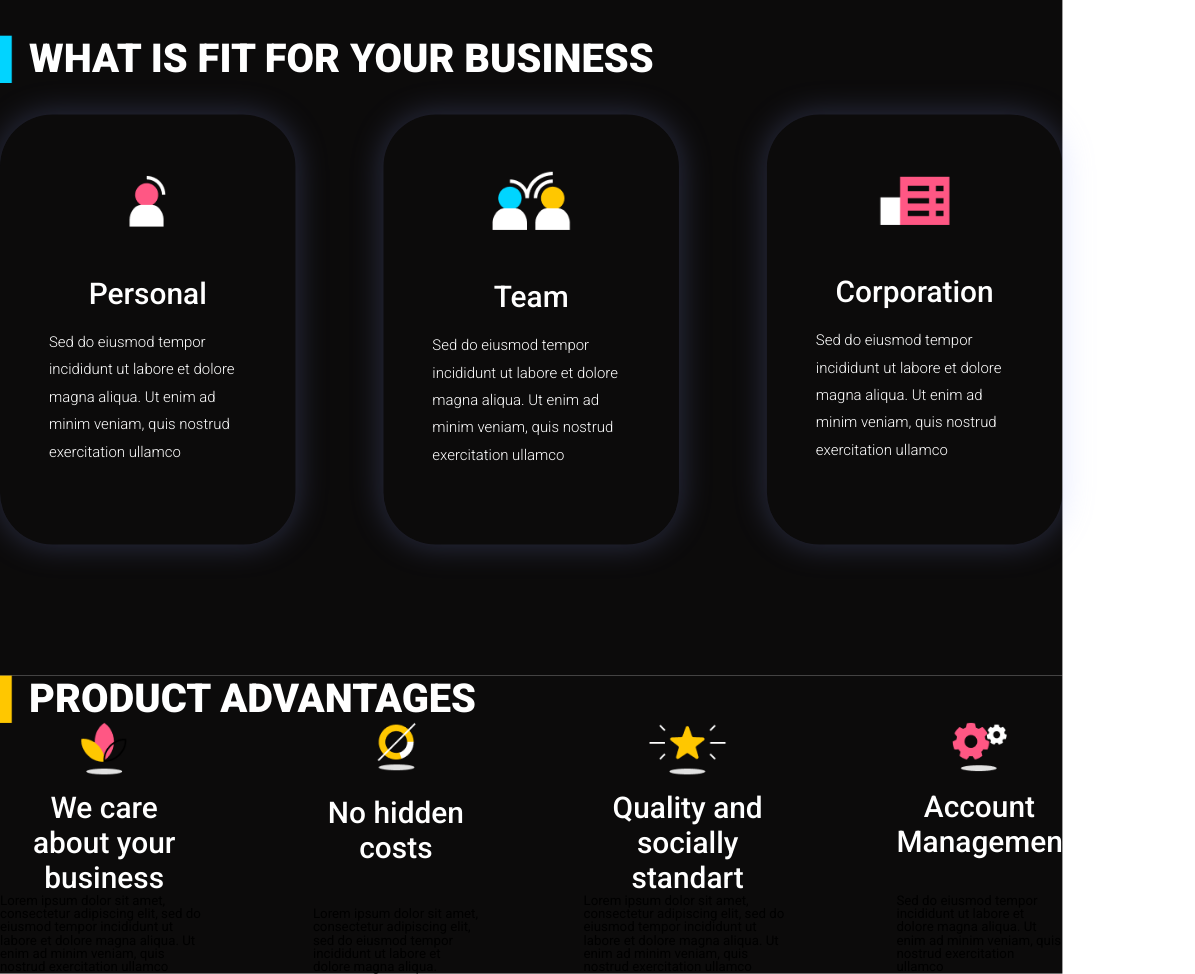
Repository: VetaWhale/team-site-test
Page: index.html
An editor plug-in stored every save of this project. The page is shown before and after the next save, followed by the edit.
The browser window is 1280 px wide. The page is 1440 px wide, so the pictures cover 1440 px, including what lies to the right of the window. The pictures show the whole page, at 83% of full size.
Some web fonts or font styles are not loaded; a fallback is used.

Above is the page before, as saved 2023-04-24 15:12:27.

After the next save:
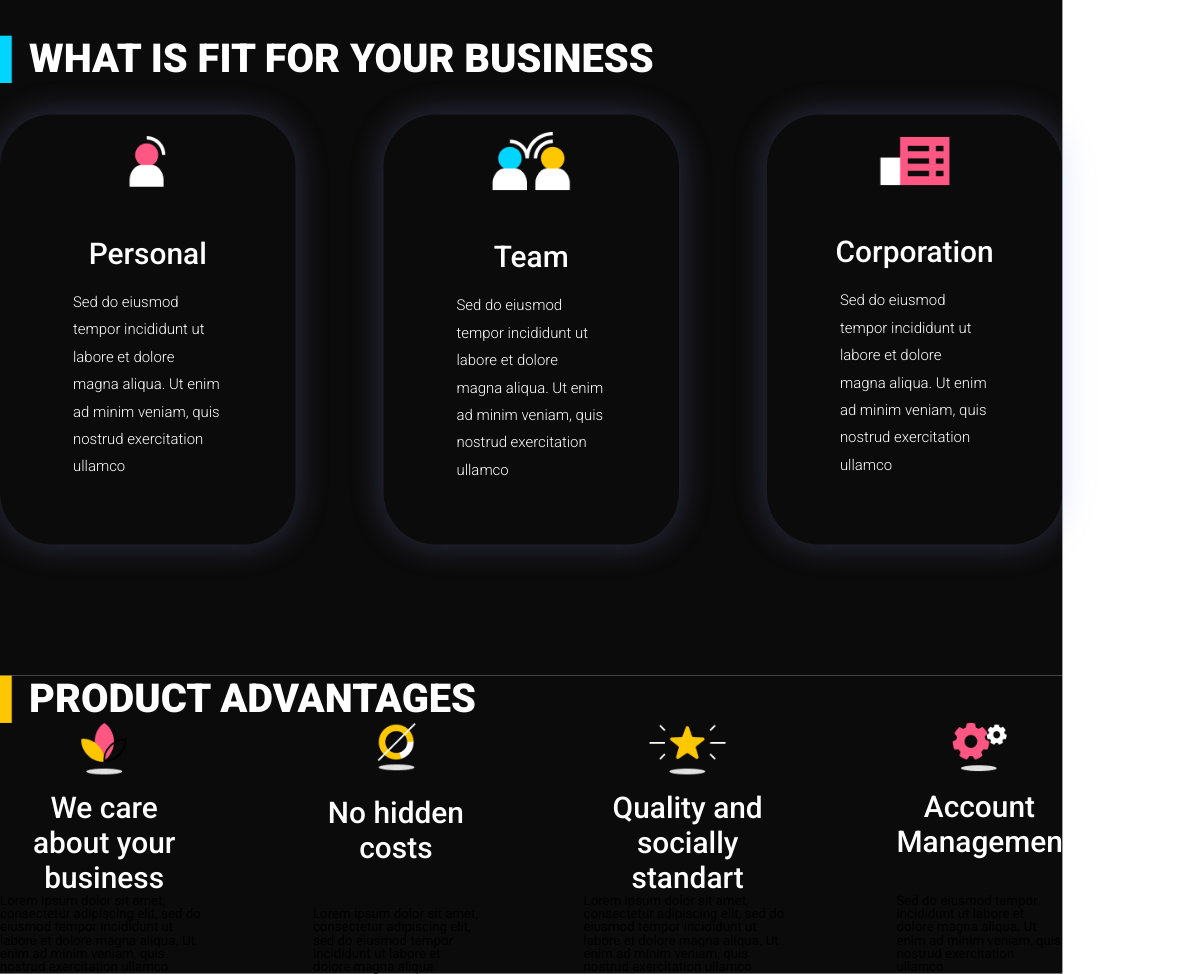
Saved 11 s later.
--- a/css/product.css
+++ b/css/product.css
@@ -46,4 +46,6 @@
     font-weight: 300;
     font-size: 18px;
     line-height: 33px;
+    width: 180.13px;
+    height: 284px;
 }

After the 2 saves that followed:
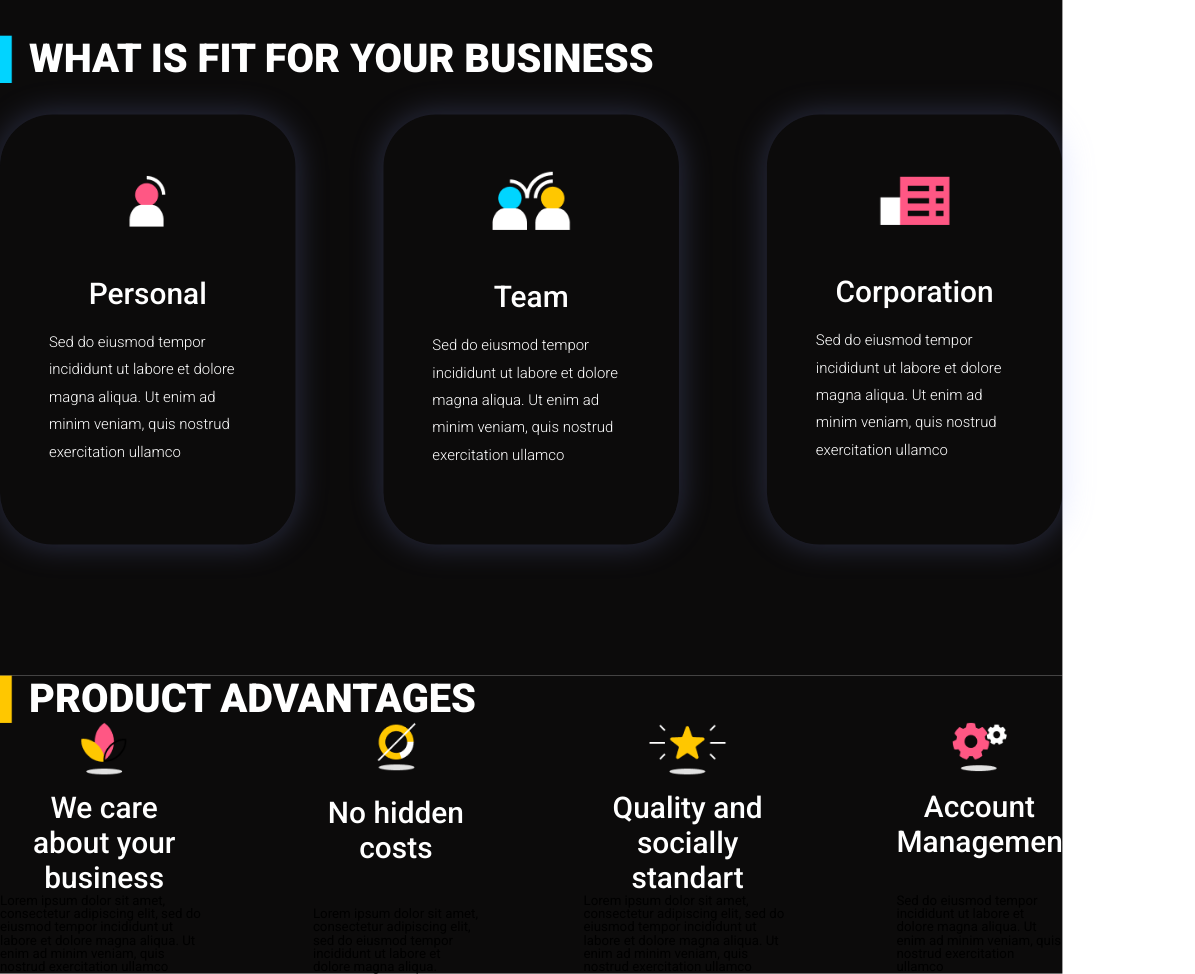
The 2 saves are shown as one change because 1 left the picture as it was.
The last was saved 47 s later.
--- a/css/product.css
+++ b/css/product.css
@@ -41,11 +41,3 @@
     color: #FFFFFF;
     text-align: center;
 }
-
-.business__description {
-    font-weight: 300;
-    font-size: 18px;
-    line-height: 33px;
-    width: 180.13px;
-    height: 284px;
-}
